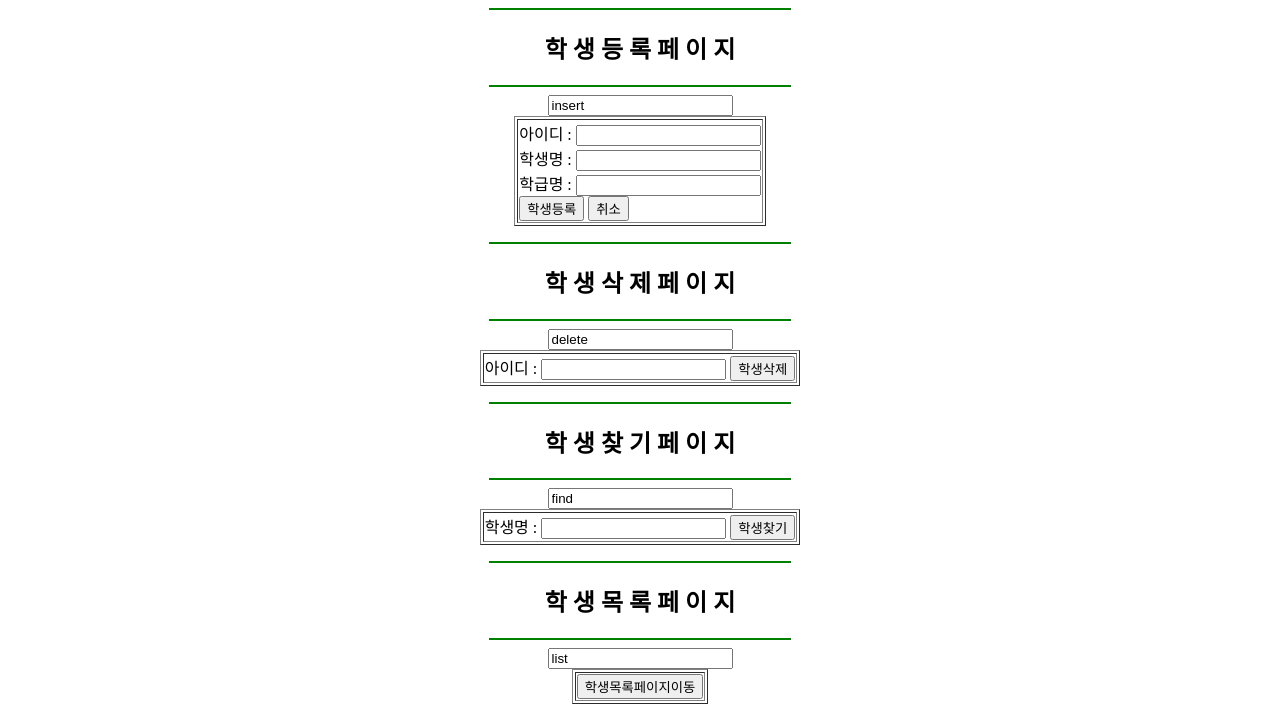
Repository: dlswn666/SpringStudy
Page: http://localhost/mvc3/student.jsp
These files come from the project's save history. The page is drawn as it stood at one moment and after the next save; the edit follows.
The browser window is 1280 px wide. The pictures show the whole page.
The page is served by Tomcat 9. Nobody is signed in. The application's start-up code is not run.

Above is the page before, as saved 2021-02-21 09:08:49.

After the next save:
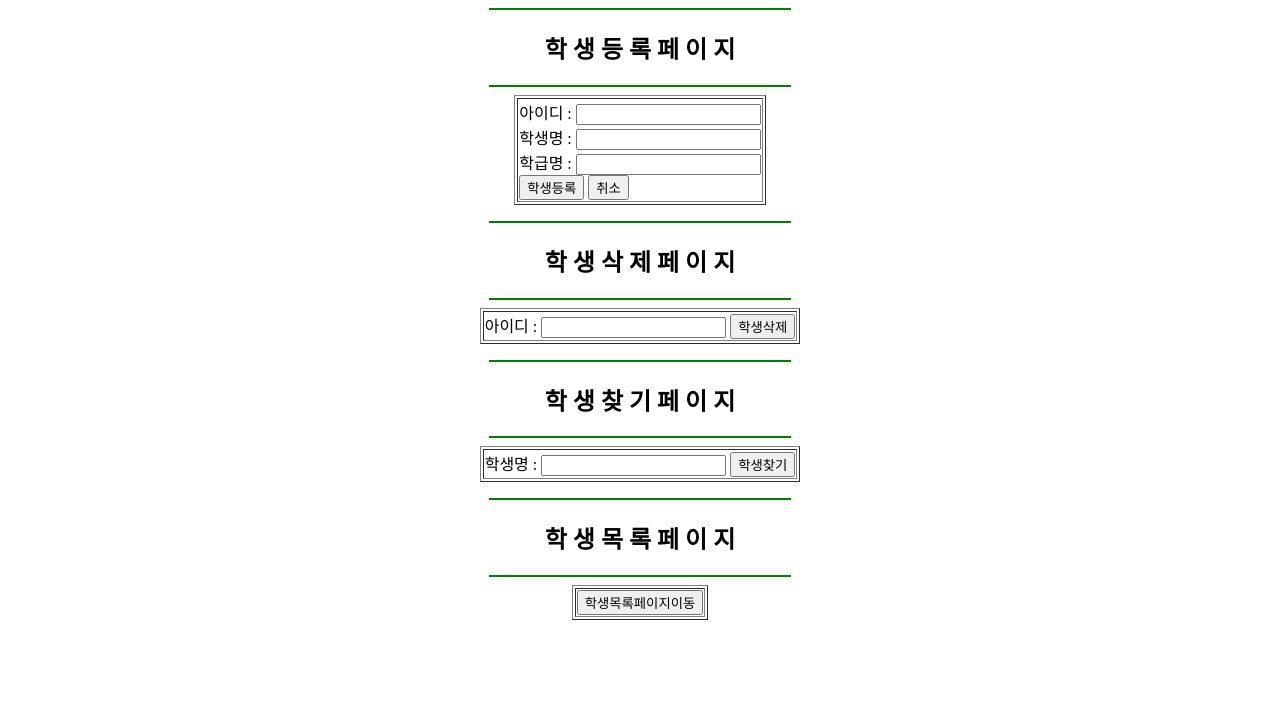
Saved 88 s later.
--- a/mvc3/WebContent/student.jsp
+++ b/mvc3/WebContent/student.jsp
@@ -10,7 +10,7 @@
 		<h2>학 생 등 록 페 이 지</h2>
 		<hr color="green" width="300">
 		<form name="f" action="student.do" method="post">
-		<input type="hiden" name="command" value="insert">
+		<input type="hidden" name="command" value="insert">
 			<table border="1">
 				<tr>
 					<td>
@@ -27,7 +27,7 @@
 		<h2>학 생 삭 제 페 이 지</h2>
 		<hr color="green" width="300">
 		<form name="f" action="student.do" method="post">
-		<input type="hiden" name="command" value="delete">
+		<input type="hidden" name="command" value="delete">
 			<table border="1">
 				<tr>
 					<td>
@@ -41,7 +41,7 @@
 		<h2>학 생 찾 기 페 이 지</h2>
 		<hr color="green" width="300">
 		<form name="f" action="student.do" method="post">
-		<input type="hiden" name="command" value="find">
+		<input type="hidden" name="command" value="find">
 			<table border="1">
 				<tr>
 					<td>
@@ -55,7 +55,7 @@
 		<h2>학 생 목 록 페 이 지</h2>
 		<hr color="green" width="300">
 		<form name="f" action="student.do" method="post">
-		<input type="hiden" name="command" value="list">
+		<input type="hidden" name="command" value="list">
 			<table border="1">
 				<tr>
 					<td>
